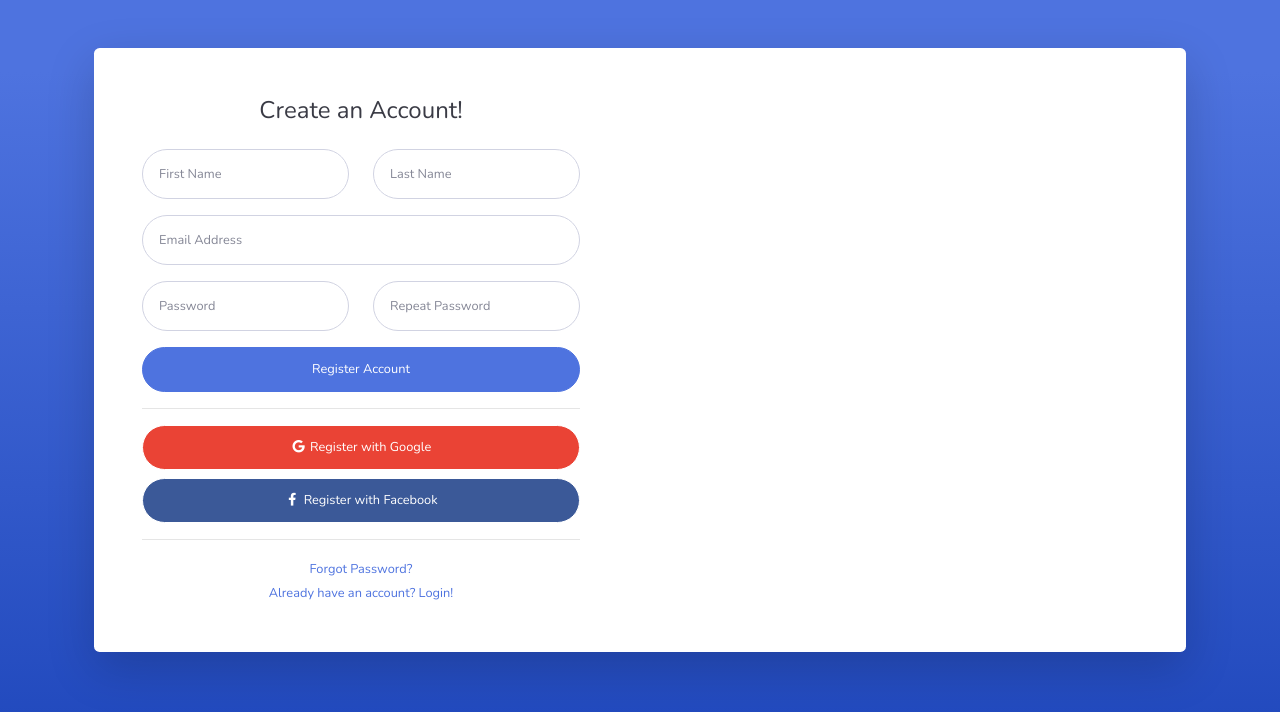
Repository: TuanLe8899/SpringBootProject
Page: http://localhost/register
An editor plug-in stored every save of this project. The page is shown before and after the next save, followed by the edit.
The browser window is 1280 px wide. The pictures show the whole page.
The page is this project's Thymeleaf template; nobody is signed in. Other server files are loaded and not shown. The template is opened directly, without the code that normally fills it, so the values that code supplies are empty.

Above is the page before, as saved 2022-08-24 14:55:18.

### complaint_management/src/main/resources/templates/register.html
<!DOCTYPE html>
<html lang="en" xmlns="http://www.w3.org/1999/xhtml" xmlns:th="http://www.thymeleaf.org"
    xmlns:sec="http://www.thymeleaf.org" xmlns:layout="http://www.ultraq.net.nz/thymeleaf/layout">

<head>

    <meta charset="utf-8">
    <meta http-equiv="X-UA-Compatible" content="IE=edge">
    <meta name="viewport" content="width=device-width, initial-scale=1, shrink-to-fit=no">
    <meta name="description" content="">
    <meta name="author" content="">

    <title>register</title>

    <!-- Custom fonts for this template-->
    <link th:href="@{/vendor/fontawesome-free/css/all.min.css}" rel="stylesheet" type="text/css">
    <link
        href="https://fonts.googleapis.com/css?family=Nunito:200,200i,300,300i,400,400i,600,600i,700,700i,800,800i,900,900i"
        rel="stylesheet">

    <!-- Custom styles for this template-->
    <link th:href="@{/css/sb-admin-2.min.css}" rel="stylesheet">

</head>

<body class="bg-gradient-primary">

    <div class="container">

        <div class="card o-hidden border-0 shadow-lg my-5">
            <div class="card-body p-0">
                <!-- Nested Row within Card Body -->
                <div class="row">
                    <div class="col-6">
                        <div class="p-5">
                            <div class="text-center">
                                <h1 class="h4 text-gray-900 mb-4">Create an Account!</h1>
                            </div>
                            <form class="user">
                                <div class="form-group row">
                                    <div class="col-sm-6 mb-3 mb-sm-0">
                                        <input type="text" class="form-control form-control-user" id="exampleFirstName"
                                            placeholder="First Name">
                                    </div>
                                    <div class="col-sm-6">
                                        <input type="text" class="form-control form-control-user" id="exampleLastName"
                                            placeholder="Last Name">
                                    </div>
                                </div>
                                <div class="form-group">
                                    <input type="email" class="form-control form-control-user" id="exampleInputEmail"
                                        placeholder="Email Address">
                                </div>
                                <div class="form-group row">
                                    <div class="col-sm-6 mb-3 mb-sm-0">
                                        <input type="password" class="form-control form-control-user"
                                            id="exampleInputPassword" placeholder="Password">
                                    </div>
                                    <div class="col-sm-6">
                                        <input type="password" class="form-control form-control-user"
                                            id="exampleRepeatPassword" placeholder="Repeat Password">
                                    </div>
                                </div>
                                <a href="login.html" class="btn btn-primary btn-user btn-block">
                                    Register Account
                                </a>
                                <hr>
                                <a href="index.html" class="btn btn-google btn-user btn-block">
                                    <i class="fab fa-google fa-fw"></i> Register with Google
                                </a>
                                <a href="index.html" class="btn btn-facebook btn-user btn-block">
                                    <i class="fab fa-facebook-f fa-fw"></i> Register with Facebook
                                </a>
                            </form>
                            <hr>
                            <div class="text-center">
                                <a class="small" href="forgot-password.html">Forgot Password?</a>
                            </div>
                            <div class="text-center">
                                <a class="small" href="login.html">Already have an account? Login!</a>
                            </div>
                        </div>
                    </div>
                </div>
            </div>
        </div>

    </div>

    <!-- Bootstrap core JavaScript-->
    <script th:src="@{/vendor/jquery/jquery.min.js}"></script>
    <script th:src="@{/vendor/bootstrap/js/bootstrap.bundle.min.js}"></script>

    <!-- Core plugin JavaScript-->
    <script th:src="@{/vendor/jquery-easing/jquery.easing.min.js}"></script>

    <!-- Custom scripts for all pages-->
    <script th:src="@{/js/sb-admin-2.min.js}"></script>

</body>

</html>

Loaded but not shown: complaint_management/src/main/resources/static/css/sb-admin-2.min.css (library); complaint_management/src/main/resources/static/js/sb-admin-2.min.js (common file)

After the next save:
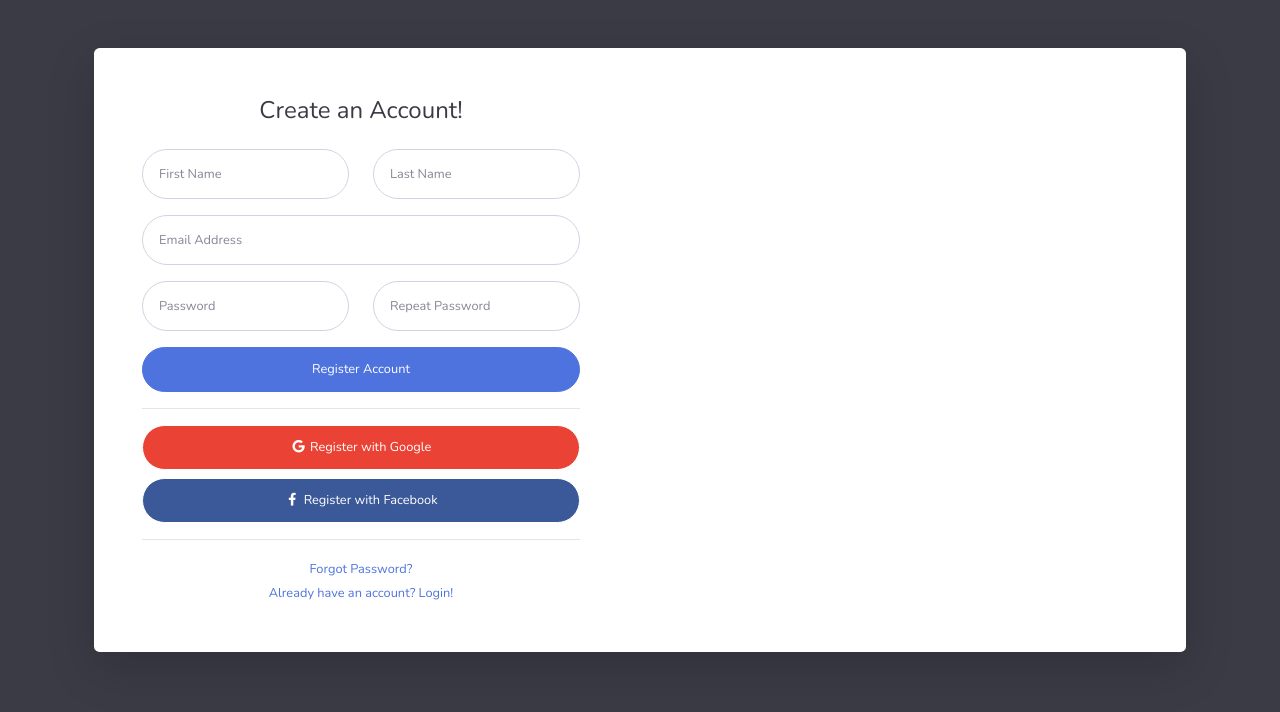
Saved 2 min 27 s later.
--- a/complaint_management/src/main/resources/templates/register.html
+++ b/complaint_management/src/main/resources/templates/register.html
@@ -23,7 +23,7 @@
 
 </head>
 
-<body class="bg-gradient-primary">
+<body class="bg-gray-900">
 
     <div class="container">
 
